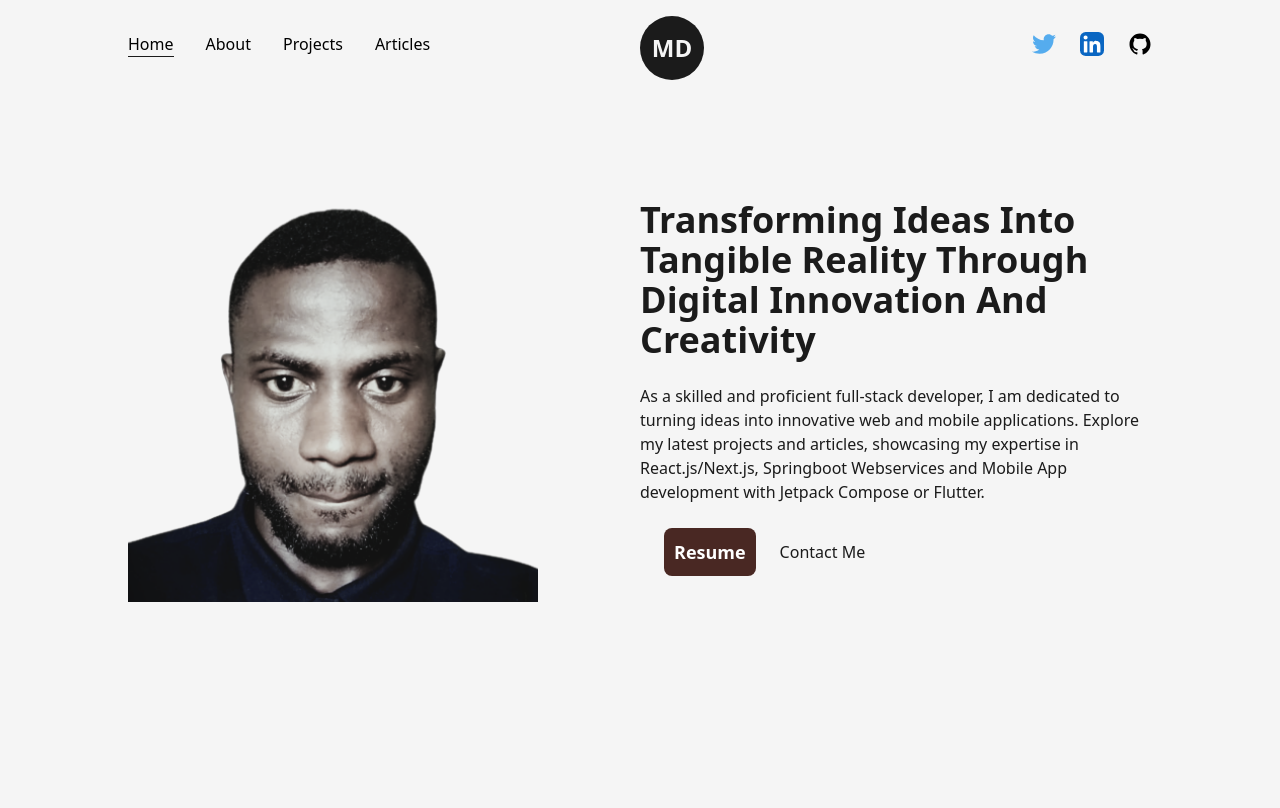
Repository: marcusdashe/situs
Page: /
The author's editor kept a copy of each file at every save. The page is drawn from the files as they stood at one save, then again after the next save.
The browser window is 1280 px wide. The pictures show the whole page.
The project was rebuilt for these pictures with package versions that can differ from the ones it lists, and the page was loaded fresh each time. The framework's server and built-in components were replaced by stand-ins that run in the browser.

Above is the page before, as saved 2023-06-15 18:50:08.

After the next save:
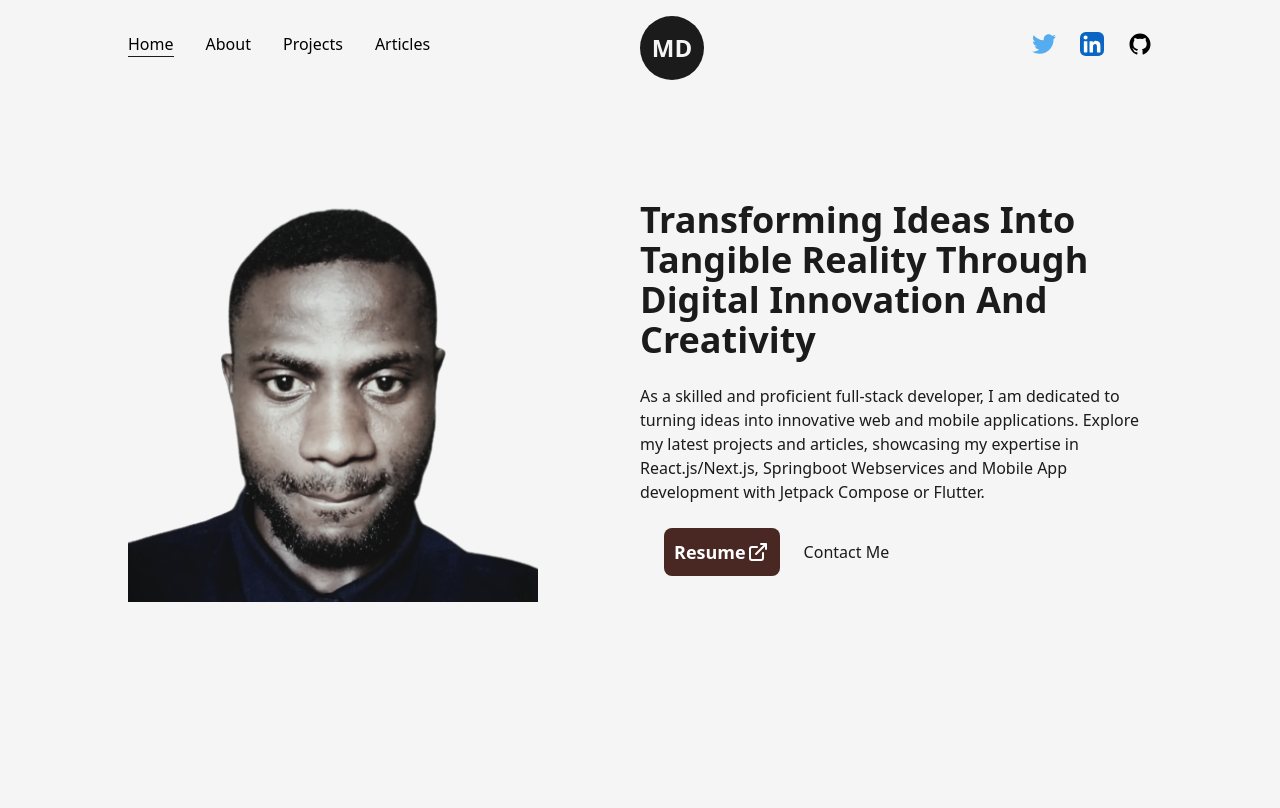
Saved 53 s later.
--- a/src/pages/index.js
+++ b/src/pages/index.js
@@ -5,6 +5,7 @@ import { Inter, Linden_Hill } from "next/font/google";
 import Layout from "@/components/Layout";
 import profilePic from "../../public/images/profile/developer-pic-4.png";
 import AnimatedText from "../components/AnimatedText";
+import { LinkArrow } from "@/components/Icons";
 
 const inter = Inter({ subsets: ["latin"] });
 
@@ -45,7 +46,7 @@ export default function Home() {
                   className="flex items-center bg-primaryDark text-white p-2 mx-6 rounded-lg text-lg font-semibold hover:bg-light hover:text-primaryDark duration-500 border-2 border-solid border-transparent hover:border-primaryDark"
                   download={true}
                 >
-                  Resume
+                  Resume <LinkArrow />
                 </Link>
                 <Link
                   href="mailto:marcusdashe.developer@gmail.com"
